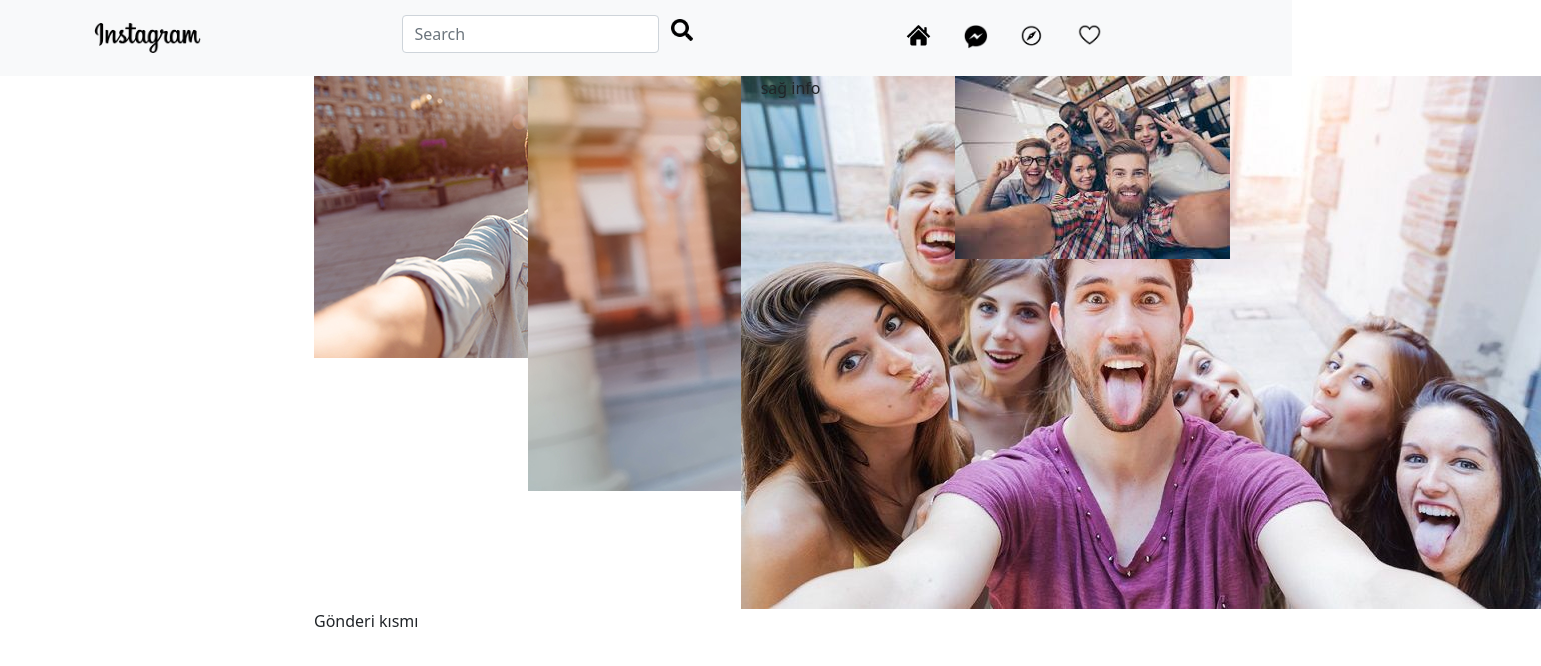
Repository: adnanyagmur/React-Instagram-Clone-Bootstrap
Page: /
An editor plug-in stored every save of this project. The page is shown before and after the next save, followed by the edit.
The browser window is 1280 px wide. The page is 1541 px wide, so the pictures cover 1541 px, including what lies to the right of the window. The pictures show the whole page.
The project was rebuilt for these pictures with package versions that can differ from the ones it lists, and the page was loaded fresh each time.

Above is the page before, as saved 2022-07-04 17:19:27.

After the next save:
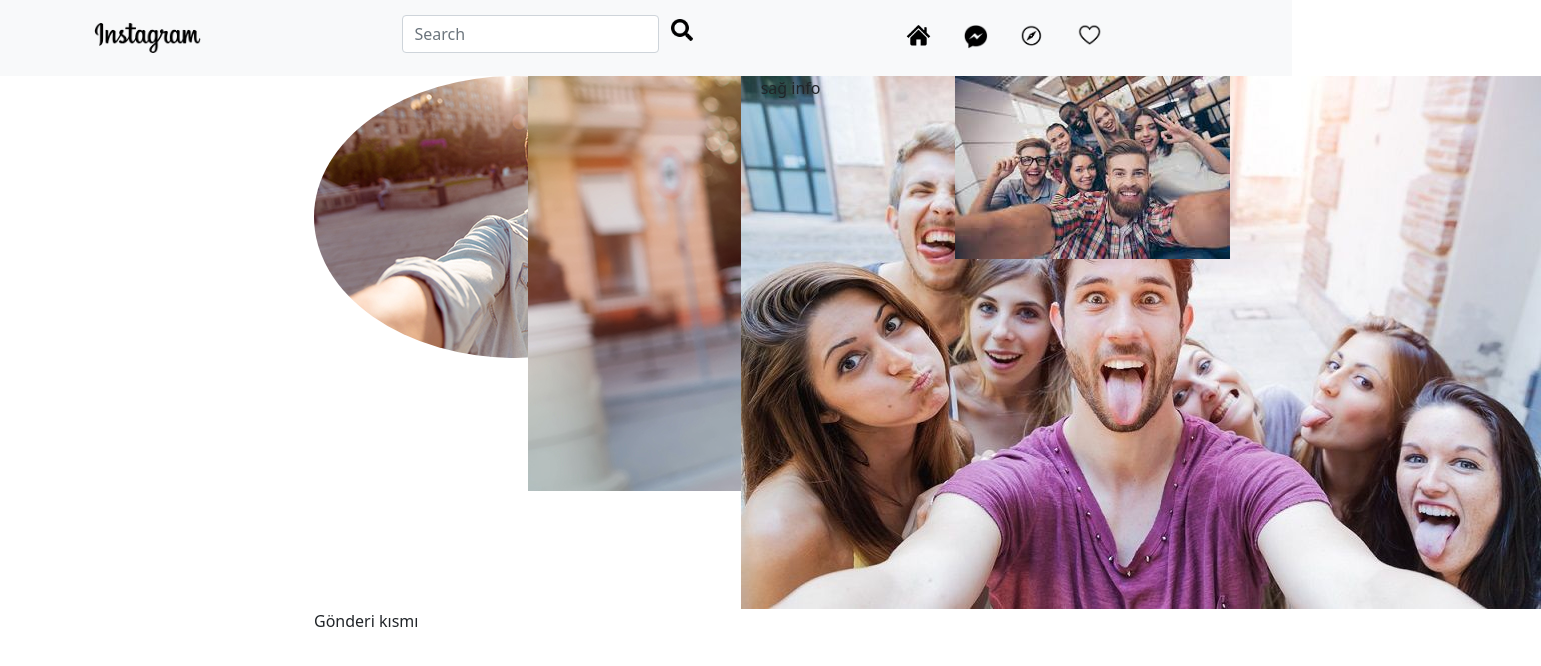
Saved 111 s later.
--- a/src/components/StoryBar.jsx
+++ b/src/components/StoryBar.jsx
@@ -11,7 +11,7 @@
         <Nav>
             <Row>
                 <Col sm={3}>
-                    <Image src={Person1}></Image>
+                    <Image src={Person1} roundedCircle ></Image>
                 </Col>
                 <Col sm={3}>
                     <Image src={Person2}></Image>
